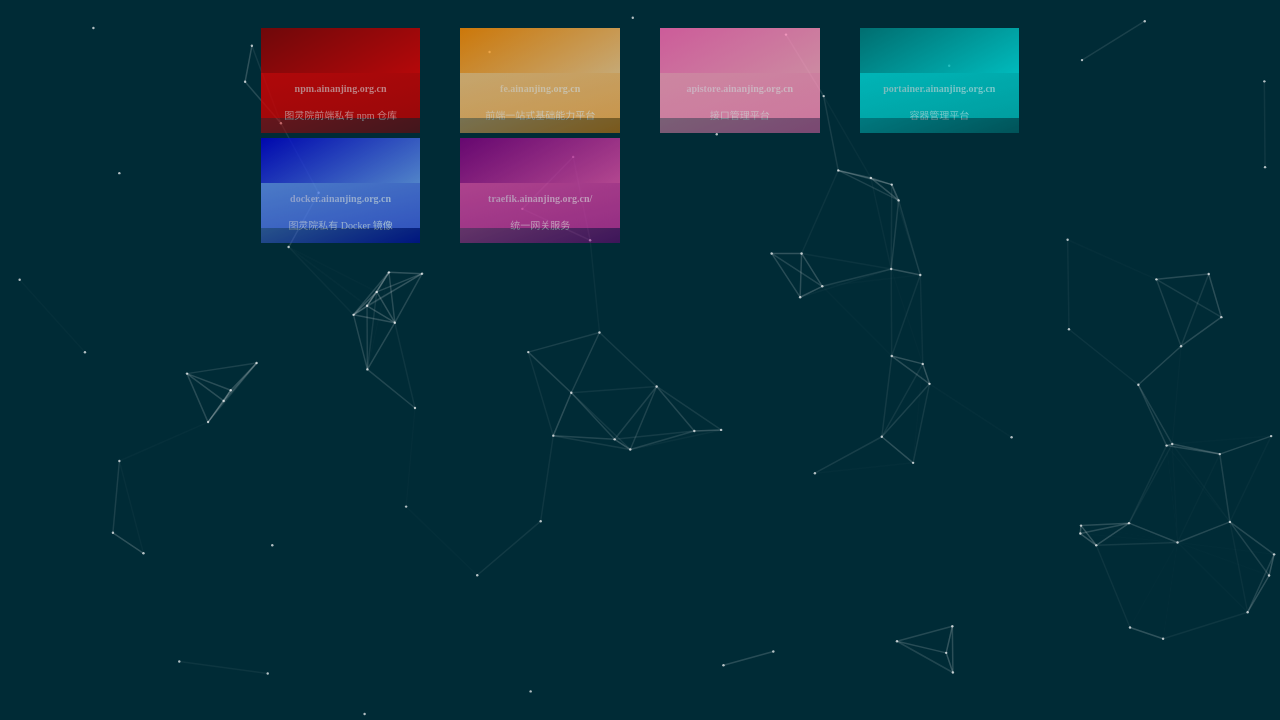
Repository: heweiwei1/portainer
Page: index.html
The author's editor kept a copy of each file at every save. The page is drawn from the files as they stood at one save, then again after the next save.
The browser window is 1280 px wide. The pictures show the whole page.

Above is the page before, as saved 2021-04-14 14:20:58.

### index.html
<!DOCTYPE html>
<html lang="en">
<head>
  <meta charset="UTF-8">
  <meta http-equiv="X-UA-Compatible" content="IE=edge">
  <meta name="viewport" content="width=device-width, initial-scale=1.0">
  <title>网页</title>
  <link rel="stylesheet" href="index.css">
  <script src="index.js"></script>
</head>
<body>
  <div class="demo">
    <div class="box">
      <a class="demo-1" href="https://npm.ainanjing.org.cn/">
          <div class="trans">
            <h4>npm.ainanjing.org.cn</h4>
            <p>图灵院前端私有 npm 仓库</p>
          </div>
      </a>
    </div>
    <div class="box">
      <a class="demo-2" href="https://fe.ainanjing.org.cn" id="pop">
            <div class="trans">
              <h4>fe.ainanjing.org.cn</h4>
              <p>前端一站式基础能力平台</p>
            </div>
      </a>
    </div>
    <div class="box">
      <a class="demo-3" href="https://apistore.ainanjing.org.cn">
          <div class="trans">
            <h4>apistore.ainanjing.org.cn</h4>
            <p>接口管理平台</p>
          </div>
      </a>
    </div>
    <div class="box">
      <a class="demo-4" href="https://portainer.ainanjing.org.cn">
          <div class="trans">
            <h4>portainer.ainanjing.org.cn</h4>
            <p>容器管理平台</p>
          </div>
      </a>
    </div>
    <div class="box">
      <a class="demo-5" href="https://docker.ainanjing.org.cn">
          <div class="trans">
            <h4>docker.ainanjing.org.cn</h4>
            <p>图灵院私有 Docker 镜像</p>
          </div>
      </a>
    </div>
    <div class="box">
      <a class="demo-6" href="https://traefik.ainanjing.org.cn/">
          <div class="trans">
            <h4>traefik.ainanjing.org.cn/</h4>
            <p>统一网关服务</p>
          </div>
      </a>
    </div>
  </div>
</body>
</html>

### index.css
a {
  text-decoration: none;
  color: #000;
}
.demo {
  width: 60%;
  margin: auto;
  display: flex;
  flex-flow: row wrap;
}
.box {
  width: calc((100% - 120px) / 4);
}

.demo a {
  position: relative;
  display: flex;
  flex-direction: column;
  align-items: center;
  width: 100%;
  height: 0px;
  padding-bottom: 56.25%;
  margin-top: 20px;
  font-size: 10px;
}
.demo .box:not(:nth-child(4n)){
  margin-right: 40px;
}
.trans {
  position:absolute;
  top: 50%;
  width: calc(100% - 40px);
  padding: 30px 20px;
  display: flex;
  justify-content: center;
  opacity: 0.6;
}
.box:hover .trans{
  opacity: 1;
}
.box {
  opacity: 0.8;
}
.trans p{
  position: absolute;
  top: 24px;
  color: #fff;
}
.trans h4{
  position: absolute;
  top: -3px;
  color: #fff;
}
.demo-1 {
  background-image: linear-gradient(to bottom right,#8b0000,#ff0000);

}
.demo-1 .trans{
  background-image: linear-gradient(to top left,#8b0000,#ff0000);
}
.demo-2 {
  background-image: linear-gradient(to bottom right,#ff8c00,#f5deb3);
}
.demo-2 .trans{
  background-image: linear-gradient(to top left,#ff8c00,#f5deb3);
}
.demo-3 {
  background-image: linear-gradient(to bottom right,#ff69b4,#ffb6c1);
}
.demo-3 .trans{
  background-image: linear-gradient(to top left,#ff69b4,#ffb6c1);
}
.demo-4 {
  background-image: linear-gradient(to bottom right,#008080,#00ffff);
}
.demo-4 .trans{
  background-image: linear-gradient(to top left,#008080,#00ffff);
}
.demo-5 {
  background-image: linear-gradient(to bottom right,#0000cd,#87cefa);
}
.demo-5 .trans{
  background-image: linear-gradient(to top left,#0000cd,#87cefa);
}
.demo-6 {
  background-image: linear-gradient(to bottom right,#800080,#ff69b4);
}
.demo-6 .trans{
  background-image: linear-gradient(to top left,#800080,#ff69b4);
}

### index.js
window.onload = function(){
  var pop = document.getElementById("pop");
  pop.onclick = function(){
    alert("暂未启用");
    return false;
  }
  // 可调参数
var BACKGROUND_COLOR = "rgba(0,43,54,1)";   // 背景色
var POINT_NUM = 99;                         // 屏幕上点的数目
var POINT_COLOR = "rgba(255,255,255,0.7)";  // 点的颜色
var LINE_LENGTH = 10000;                    // 点之间连线长度(的平方)

// 创建背景画布
var cvs = document.createElement("canvas");
cvs.width = window.innerWidth;
cvs.height = window.innerHeight;
cvs.style.cssText = "\
    position:fixed;\
    top:0px;\
    left:0px;\
    z-index:-1;\
    opacity:1.0;\
    ";
document.body.appendChild(cvs);

var ctx = cvs.getContext("2d");

var startTime = new Date().getTime();

//随机数函数
function randomInt(min, max) {
    return Math.floor((max - min + 1) * Math.random() + min);
}

function randomFloat(min, max) {
    return (max - min) * Math.random() + min;
}

//构造点类
function Point() {
    this.x = randomFloat(0, cvs.width);
    this.y = randomFloat(0, cvs.height);

    var speed = randomFloat(0.3, 1.4);
    var angle = randomFloat(0, 2 * Math.PI);

    this.dx = Math.sin(angle) * speed;
    this.dy = Math.cos(angle) * speed;

    this.r = 1.2;

    this.color = POINT_COLOR;
}

Point.prototype.move = function () {
    this.x += this.dx;
    if (this.x < 0) {
        this.x = 0;
        this.dx = -this.dx;
    } else if (this.x > cvs.width) {
        this.x = cvs.width;
        this.dx = -this.dx;
    }
    this.y += this.dy;
    if (this.y < 0) {
        this.y = 0;
        this.dy = -this.dy;
    } else if (this.y > cvs.height) {
        this.y = cvs.height;
        this.dy = -this.dy;
    }
}

Point.prototype.draw = function () {
    ctx.fillStyle = this.color;
    ctx.beginPath();
    ctx.arc(this.x, this.y, this.r, 0, Math.PI * 2);
    ctx.closePath();
    ctx.fill();
}

var points = [];

function initPoints(num) {
    for (var i = 0; i < num; ++i) {
        points.push(new Point());
    }
}

var p0 = new Point(); //鼠标
p0.dx = p0.dy = 0;
var degree = 2.5;
document.onmousemove = function (ev) {
    p0.x = ev.clientX;
    p0.y = ev.clientY;
}
document.onmousedown = function (ev) {
    degree = 5.0;
    p0.x = ev.clientX;
    p0.y = ev.clientY;
}
document.onmouseup = function (ev) {
    degree = 2.5;
    p0.x = ev.clientX;
    p0.y = ev.clientY;
}
window.onmouseout = function () {
    p0.x = null;
    p0.y = null;
}

function drawLine(p1, p2, deg) {
    var dx = p1.x - p2.x;
    var dy = p1.y - p2.y;
    var dis2 = dx * dx + dy * dy;
    if (dis2 < 2 * LINE_LENGTH) {
        if (dis2 > LINE_LENGTH) {
            if (p1 === p0) {
                p2.x += dx * 0.03;
                p2.y += dy * 0.03;
            } else return;
        }
        var t = (1.05 - dis2 / LINE_LENGTH) * 0.2 * deg;
        ctx.strokeStyle = "rgba(255,255,255," + t + ")";
        ctx.beginPath();
        ctx.lineWidth = 1.5;
        ctx.moveTo(p1.x, p1.y);
        ctx.lineTo(p2.x, p2.y);
        ctx.closePath();
        ctx.stroke();
    }
    return;
}

//绘制每一帧
function drawFrame() {
    cvs.width = window.innerWidth;
    cvs.height = window.innerHeight;
    ctx.fillStyle = BACKGROUND_COLOR;
    ctx.fillRect(0, 0, cvs.width, cvs.height);

    var arr = (p0.x == null ? points : [p0].concat(points));
    for (var i = 0; i < arr.length; ++i) {
        for (var j = i + 1; j < arr.length; ++j) {
            drawLine(arr[i], arr[j], 1.0);
        }
        arr[i].draw();
        arr[i].move();
    }

    window.requestAnimationFrame(drawFrame);
}

  initPoints(POINT_NUM);
  drawFrame();
}

After the next save:
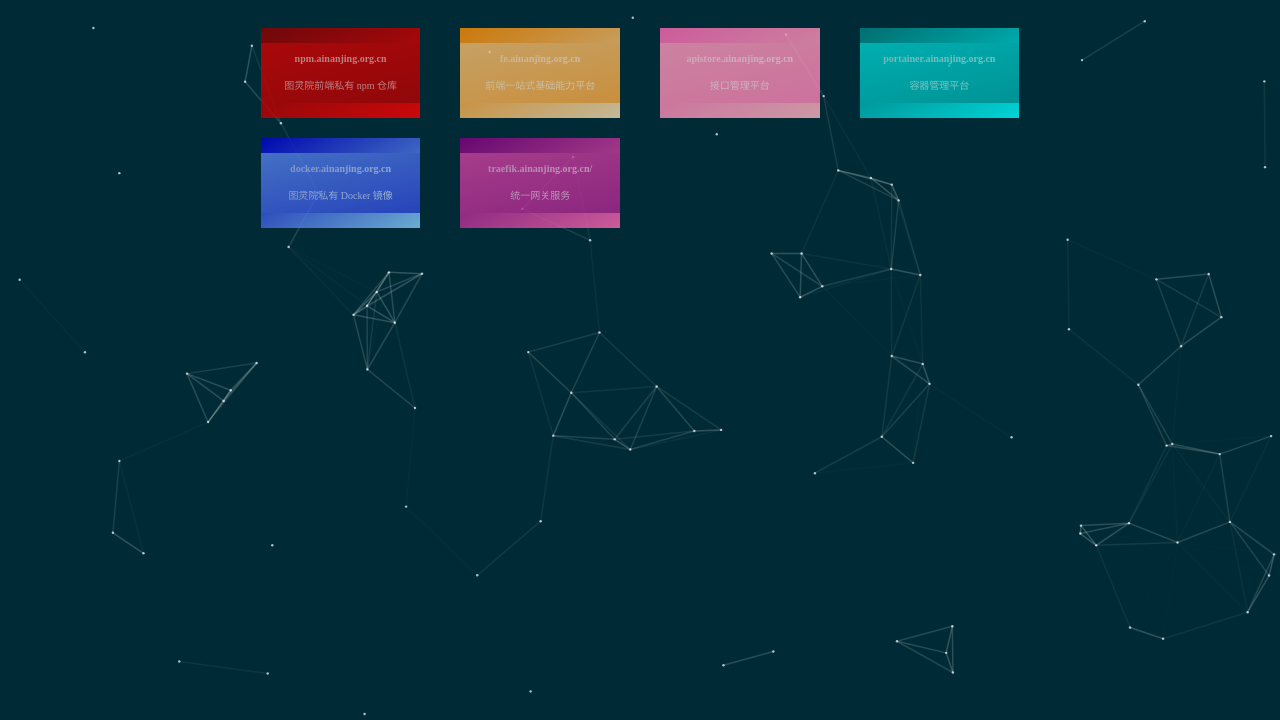
Saved 17 s later.
--- a/index.css
+++ b/index.css
@@ -29,6 +29,7 @@ a {
 .trans {
   position:absolute;
   top: 50%;
+  transform: translateY(-50%);
   width: calc(100% - 40px);
   padding: 30px 20px;
   display: flex;
